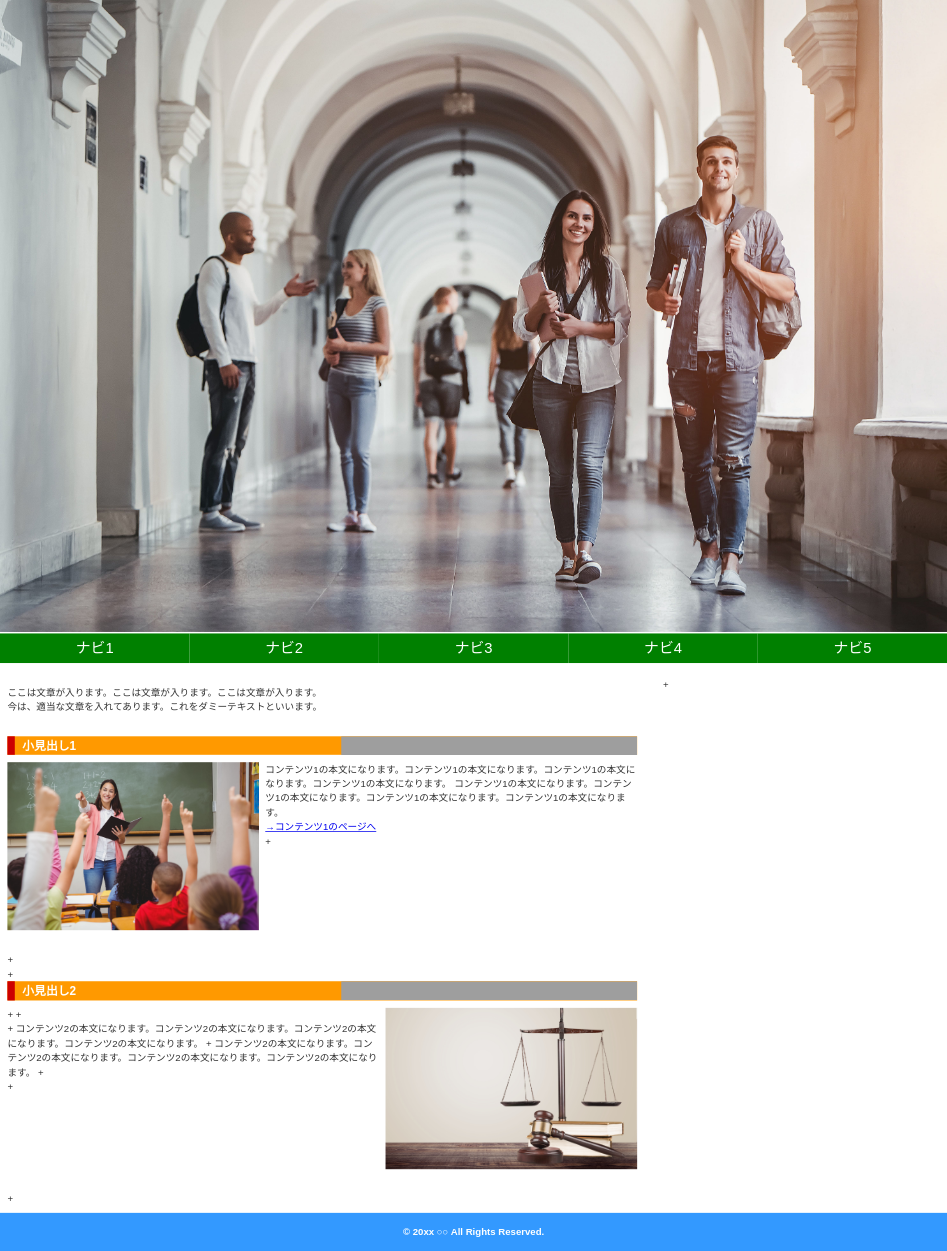
Repository: sai1358/samurai_HTML-CSS
Page: home.html
The author's editor kept a record of every edit. The page is drawn from the files as they stood at one moment, then again after the next edit.
The browser window is 1280 px wide. The pictures show the whole page, at 74% of full size.
Pictures or frames that could not be fetched are drawn as grey boxes.

Above is the page before.

After the next edit:
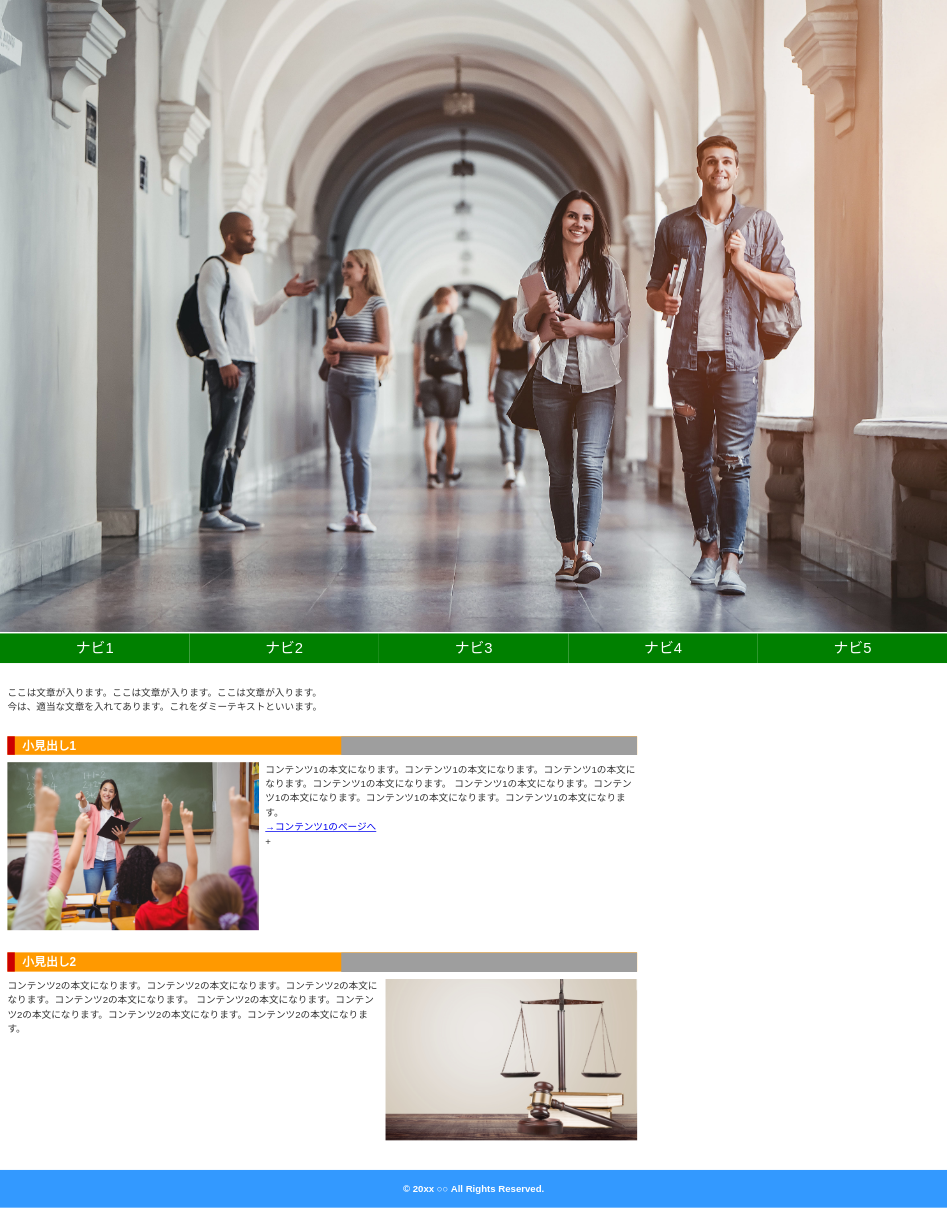
The edit:
--- a/home.html
+++ b/home.html
@@ -33,16 +33,16 @@
                         </p>
                         <p><a href="#">→コンテンツ1のページへ</a></p>
 +                    </div>
-+                    <div class="post clearfix">
-+                        <h2>小見出し2</h2>
-+                        <img class="right" src="images/scale.jpg" alt="天秤" />
-+                        <p>
-+                            コンテンツ2の本文になります。コンテンツ2の本文になります。コンテンツ2の本文になります。コンテンツ2の本文になります。
-+                            コンテンツ2の本文になります。コンテンツ2の本文になります。コンテンツ2の本文になります。コンテンツ2の本文になります。
-+                        </p>
-+                    </div>
-+                </div>
-+            </div>
+                    <div class="post clearfix">
+                        <h2>小見出し2</h2>
+                        <img class="right" src="images/scale.jpg" alt="天秤" />
+                        <p>
+                            コンテンツ2の本文になります。コンテンツ2の本文になります。コンテンツ2の本文になります。コンテンツ2の本文になります。
+                            コンテンツ2の本文になります。コンテンツ2の本文になります。コンテンツ2の本文になります。コンテンツ2の本文になります。
+                        </p>
+                    </div>
+                </div>
+            </div>
     </div>
     <div id="footer">
        <p>&copy; 20xx ○○ All Rights Reserved.</p>
